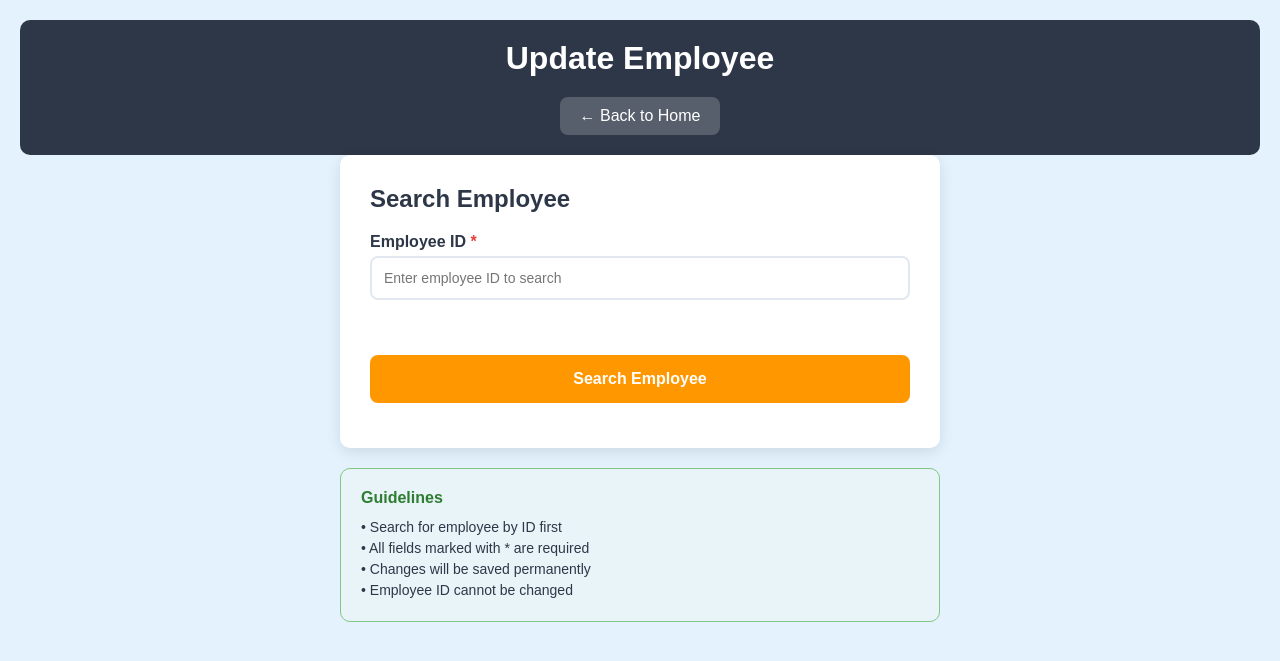
Repository: sweekrithishetty28/Employee_Salary_Management
Page: http://localhost/EmployeeWebApp/empupdate.jsp
These files come from the project's save history. The page is drawn as it stood at one moment and after the next save; the edit follows.
The browser window is 1280 px wide. The pictures show the whole page.
The page is served by Tomcat 9.

Above is the page before, as saved 2025-05-29 07:37:30.

After the next save:
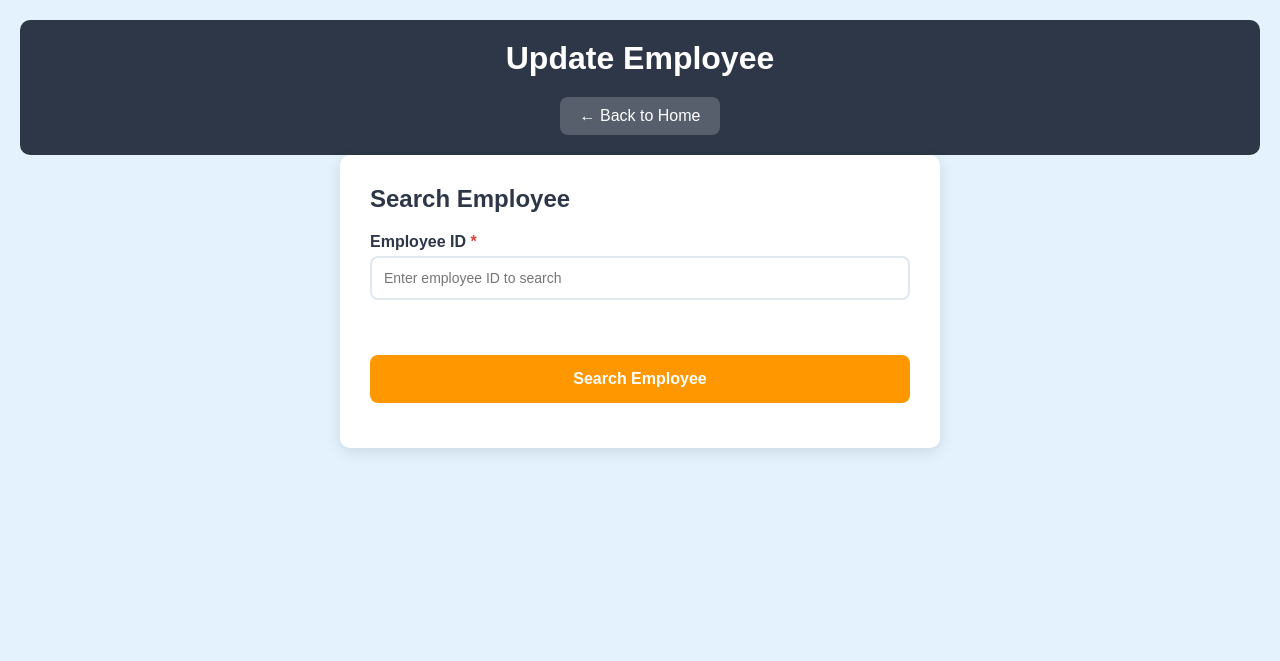
Saved 29 s later.
--- a/Employee Salary Mangement/EmployeeWebApp/src/main/webapp/empupdate.jsp
+++ b/Employee Salary Mangement/EmployeeWebApp/src/main/webapp/empupdate.jsp
@@ -167,21 +167,7 @@ h2 {
     background: rgba(255,255,255,0.3);
     transform: translateX(-5px);
 }
-.info-card {
-    background: #e8f4f8;
-    border: 1px solid #81c784;
-    border-radius: 10px;
-    padding: 20px;
-}
-.info-card h4 {
-    color: #2e7d32;
-    margin-bottom: 10px;
-}
-.info-card p {
-    color: #2d3748;
-    font-size: 14px;
-    line-height: 1.5;
-}
+
 input:disabled {
     background: #f5f5f5 !important;
     color: #666;
@@ -296,13 +282,7 @@ input:disabled {
         </div>
         <% } %>
 
-        <div class="info-card">
-            <h4>Guidelines</h4>
-            <p>• Search for employee by ID first<br>
-            • All fields marked with * are required<br>
-            • Changes will be saved permanently<br>
-            • Employee ID cannot be changed</p>
-        </div>
+
     </div>
 </body>
 </html>
